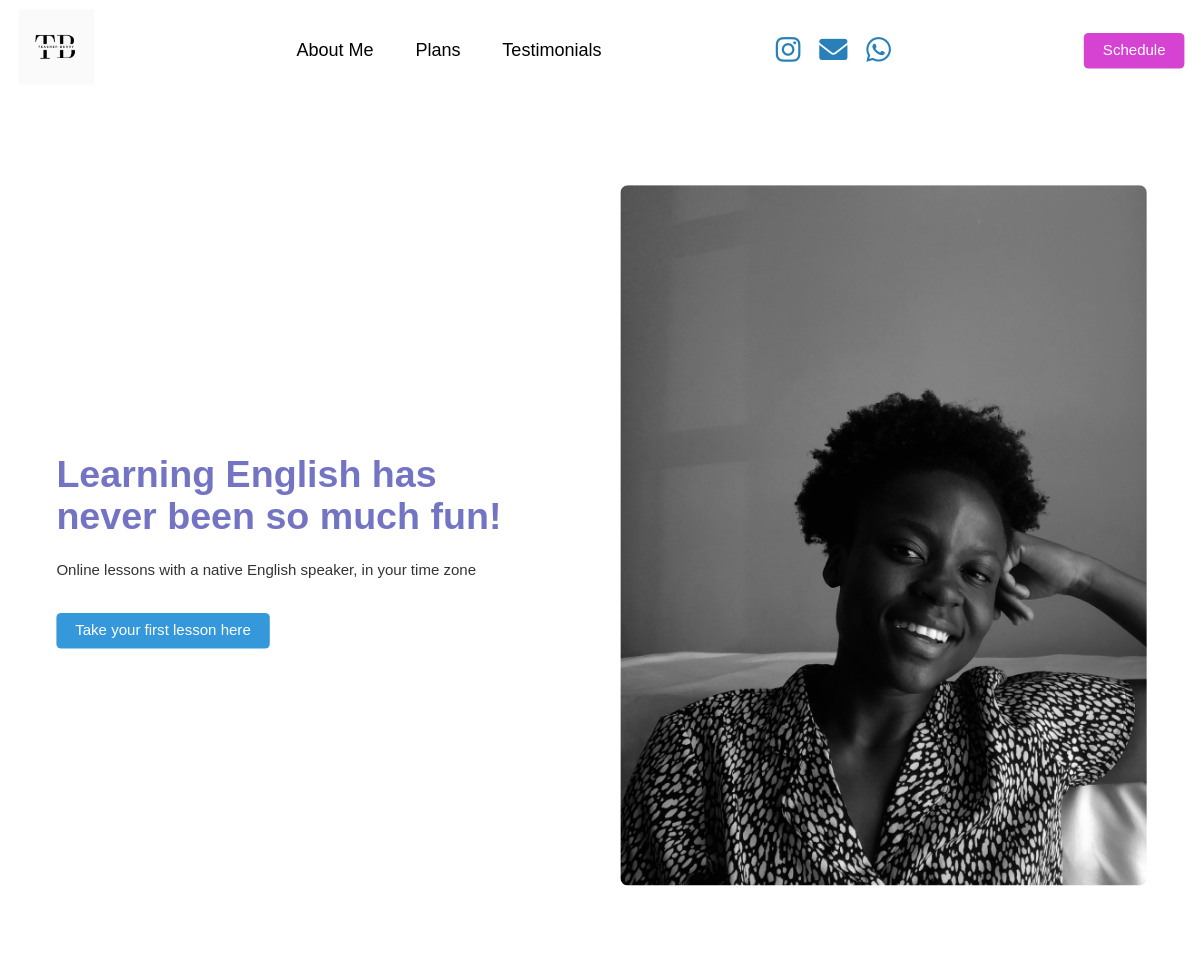
Repository: ntandomagana/esl-landing-page
Page: index.html
The author's editor kept a copy of each file at every save. The page is drawn from the files as they stood at one save, then again after the next save.
The browser window is 1280 px wide. The pictures show the whole page, at 94% of full size.

Above is the page before, as saved 2024-07-17 10:25:38.

After the next save:
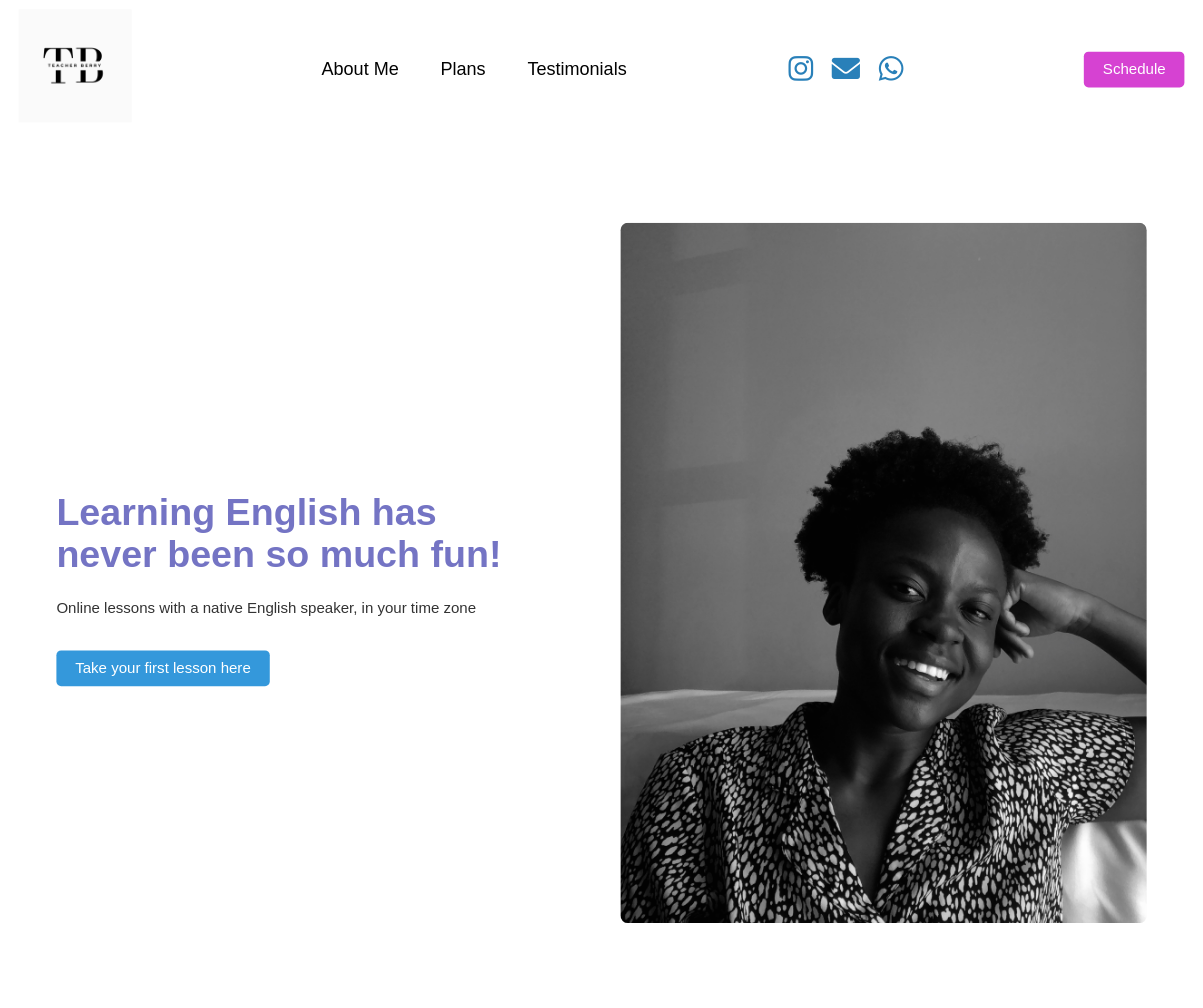
Saved 33 s later.
--- a/index.css
+++ b/index.css
@@ -23,7 +23,7 @@ body {
 }
 
 .logo img {
-    height: 80px;
+    height: 120px;
 }
 
 nav {
